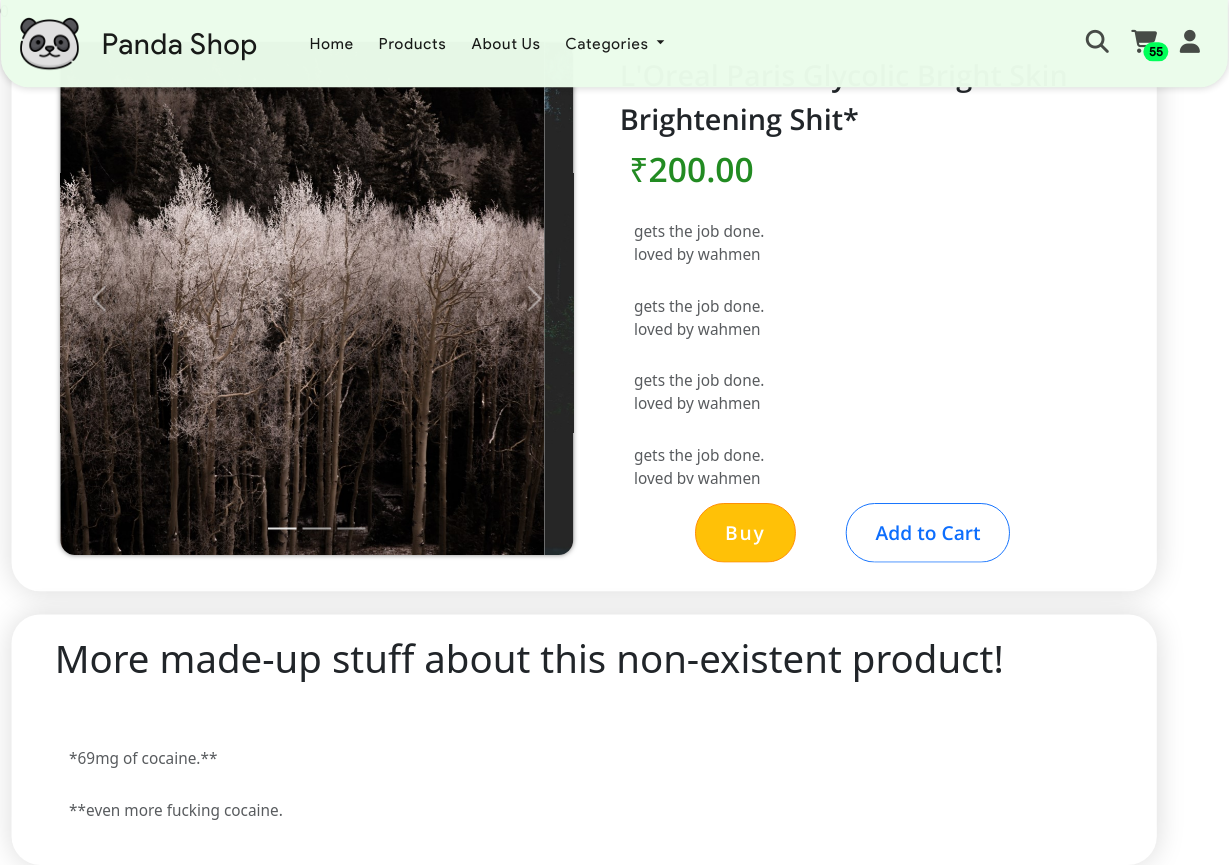
Repository: Anindyait/Panda-web-project
Page: http://localhost/Project1/product.html
These files come from the project's save history. The page is drawn as it stood at one moment and after the next save; the edit follows.
The browser window is 1280 px wide. The pictures show the whole page, at 96% of full size.
Some web fonts or font styles are not loaded; a fallback is used. Some web libraries are served in a nearby version. The page is served by Tomcat 9.

Above is the page before, as saved 2022-11-26 15:09:13.

After the next save:
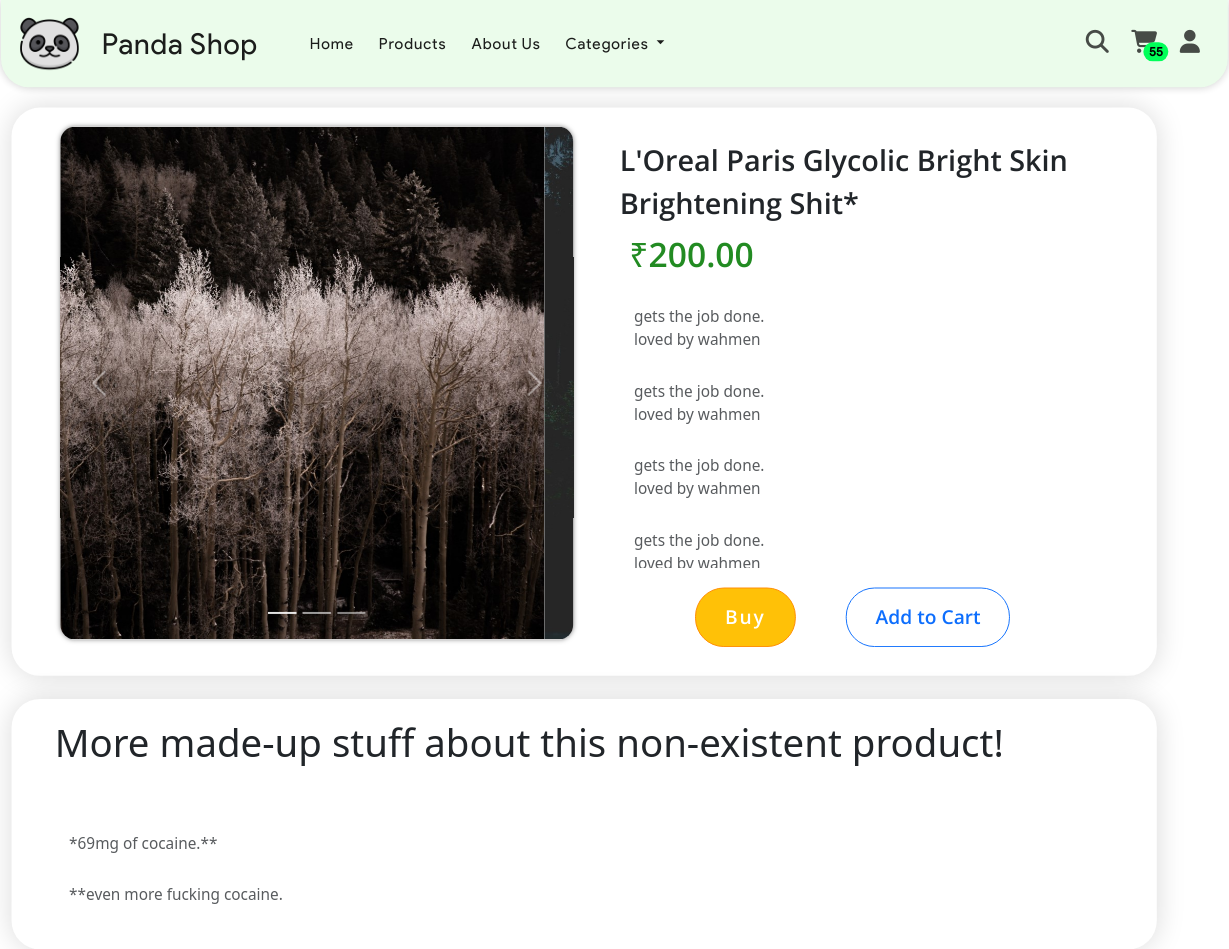
Saved 13 s later.
--- a/Project1/src/main/webapp/product.html
+++ b/Project1/src/main/webapp/product.html
@@ -29,7 +29,7 @@
     <script src="https://cdn.jsdelivr.net/npm/bootstrap@5.2.3/dist/js/bootstrap.bundle.min.js" integrity="sha384-kenU1KFdBIe4zVF0s0G1M5b4hcpxyD9F7jL+jjXkk+Q2h455rYXK/7HAuoJl+0I4" crossorigin="anonymous"></script>
     <div id="header"></div>
 
-    <div class="header-adjust">0</div>
+    <div class="header-adjustment"></div>
     <div class="container-fluid">
         <div class="cardnew">
             <div class="container px-4 text-left">
